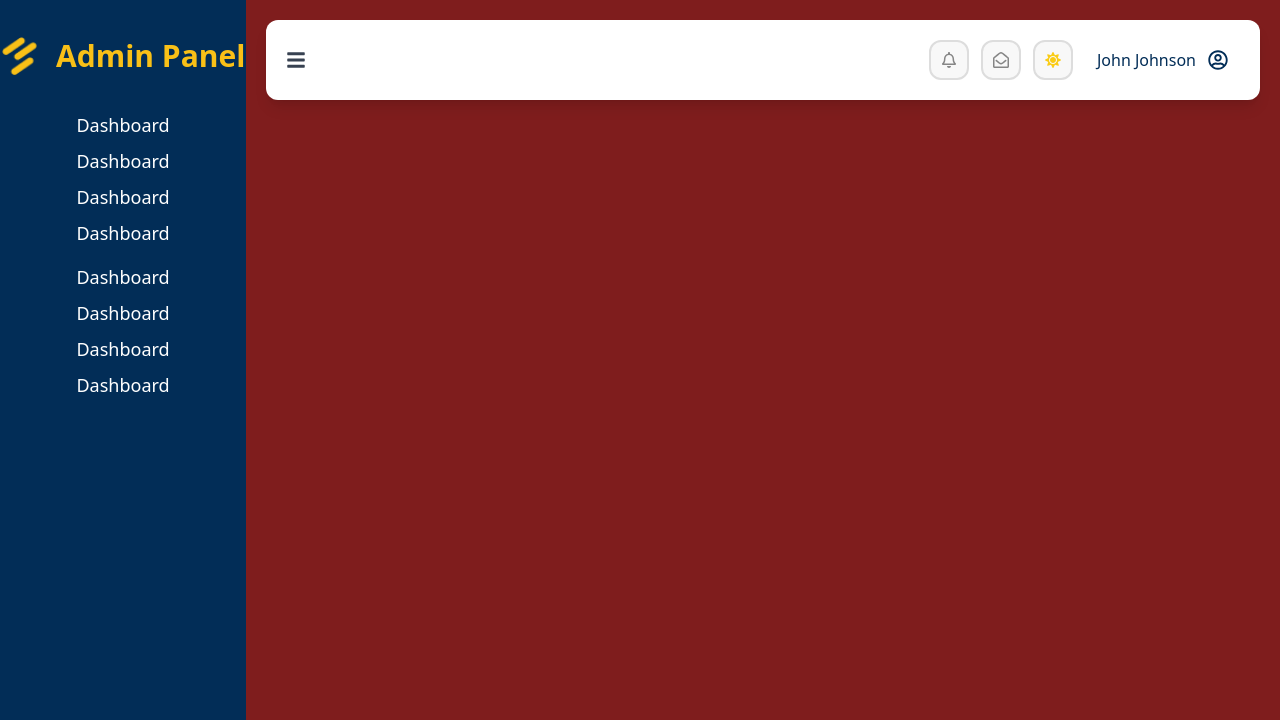
Repository: farrelmuhammad/redesign-bo
Page: /
An editor plug-in stored every save of this project. The page is shown before and after the next save, followed by the edit.
The browser window is 1280 px wide. The pictures show the whole page.
The project was rebuilt for these pictures with package versions that can differ from the ones it lists, and the page was loaded fresh each time. Also part of the build but not shown: src/App.css.

Above is the page before, as saved 2024-03-02 19:45:13.

After the next save:
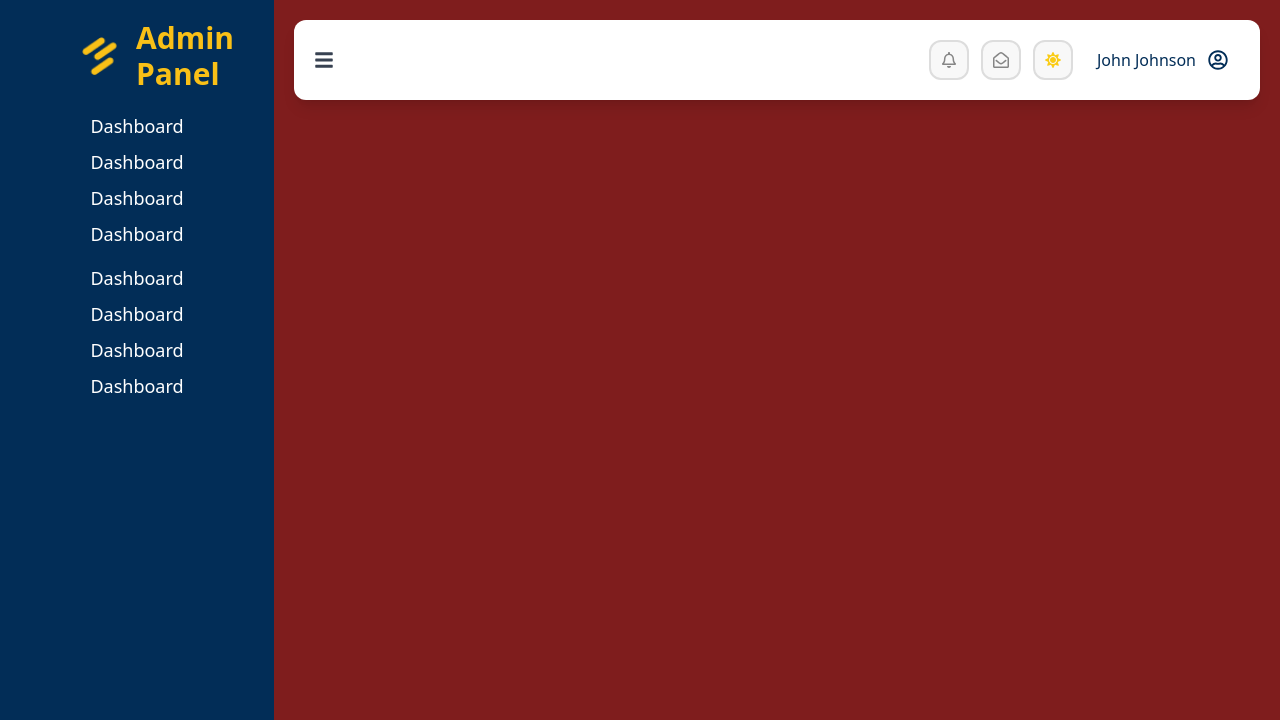
Saved 12 s later.
--- a/src/components/Sidebar.tsx
+++ b/src/components/Sidebar.tsx
@@ -4,7 +4,7 @@ import Logo from '../assets/images/Logo.png'
 const Sidebar = () => {
     return (
         <aside className='flex flex-col h-full w-1/4 justify-start items-center bg-[#022D57] py-5'>
-            <div className="flex flex-row h-20 w-full justify-start gap-4 items-center">
+            <div className="flex flex-row h-20 w-full px-20 justify-start gap-4 items-center">
                 <img className="h-10 w-10" src={Logo} alt="" />
                 <h1 className='font-bold text-3xl text-[#F9C017]'>Admin Panel</h1>
             </div>
